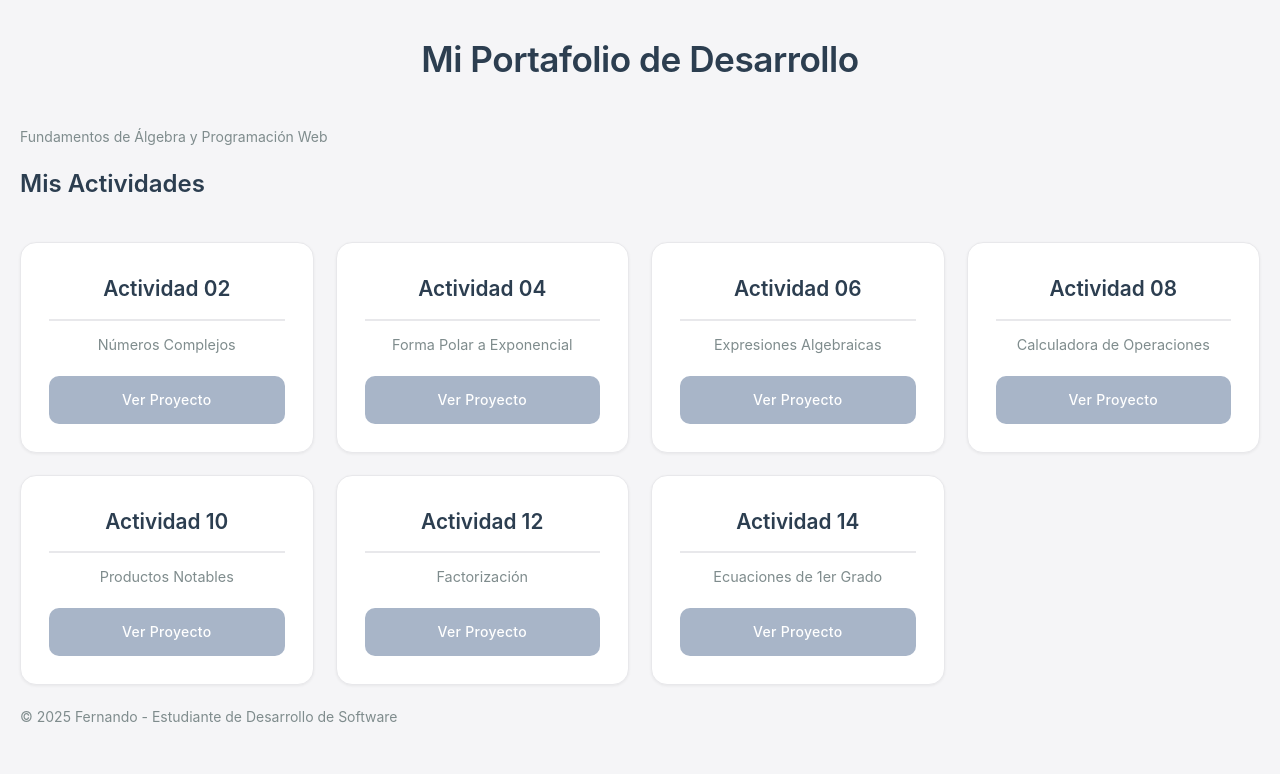
Repository: LeoTSW13/Actividad-19-Portafolio-de-Evidencias-de-Proyectos
Page: index.html
These files come from the project's save history. The page is drawn as it stood at one moment and after the next save; the edit follows.
The browser window is 1280 px wide. The pictures show the whole page.

Above is the page before, as saved 2025-11-28 07:08:09.

After the next save:
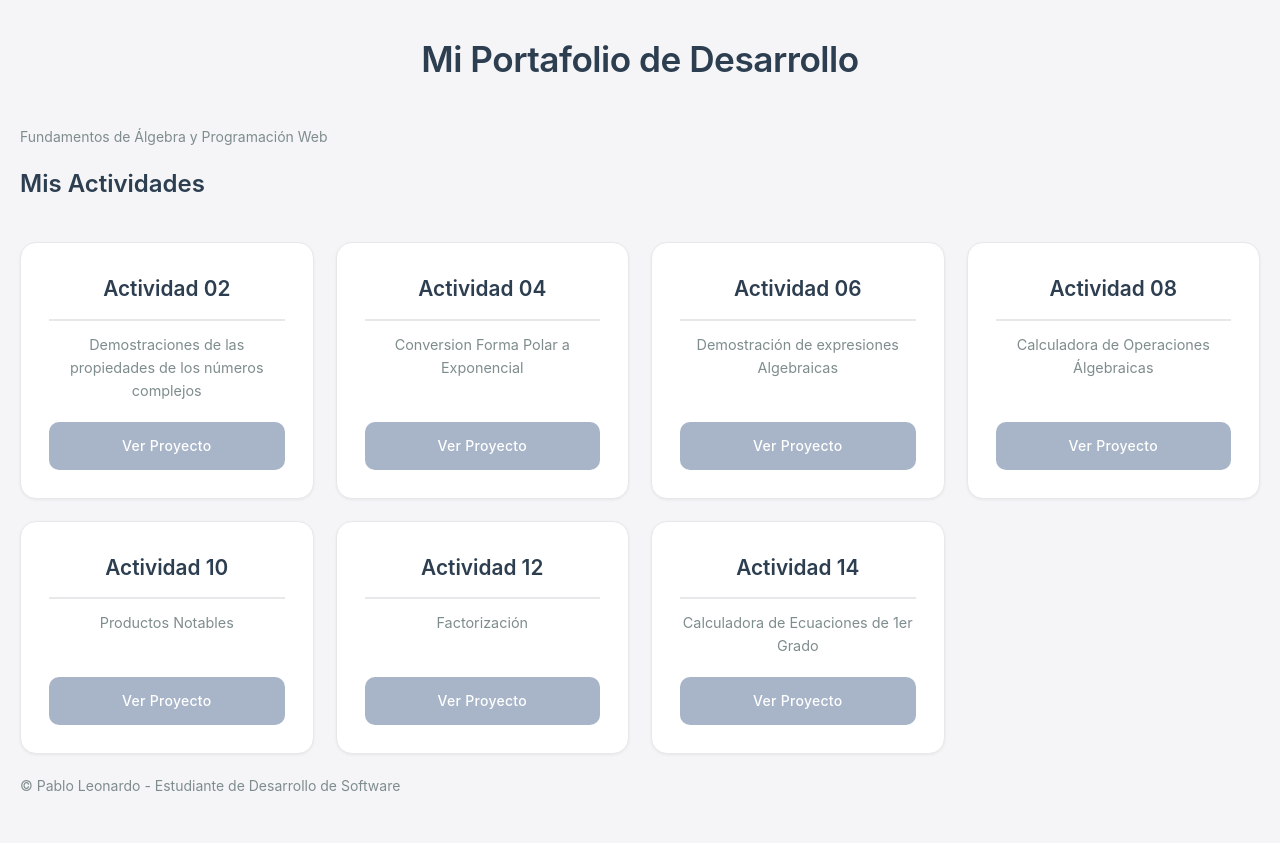
Saved 10 min 54 s later.
--- a/index.html
+++ b/index.html
@@ -3,7 +3,7 @@
 <head>
     <meta charset="UTF-8">
     <meta name="viewport" content="width=device-width, initial-scale=1.0">
-    <title>Portafolio de Proyectos - Fernando</title>
+    <title>Portafolio de Proyectos - Pablo Leonardo</title>
     <link rel="stylesheet" href="css/style.css">
 </head>
 <body>
@@ -20,25 +20,25 @@
 
             <div class="tarjeta">
                 <h3>Actividad 02</h3>
-                <p>Números Complejos</p>
+                <p>Demostraciones de las propiedades de los números complejos</p>
                 <a href="actividades/actividad02/index.html" class="boton">Ver Proyecto</a>
             </div>
 
             <div class="tarjeta">
                 <h3>Actividad 04</h3>
-                <p>Forma Polar a Exponencial</p>
+                <p>Conversion Forma Polar a Exponencial</p>
                 <a href="actividades/actividad04/index.html" class="boton">Ver Proyecto</a>
             </div>
 
             <div class="tarjeta">
                 <h3>Actividad 06</h3>
-                <p>Expresiones Algebraicas</p>
+                <p> Demostración de expresiones Algebraicas</p>
                 <a href="actividades/actividad06/index.html" class="boton">Ver Proyecto</a>
             </div>
 
             <div class="tarjeta">
                 <h3>Actividad 08</h3>
-                <p>Calculadora de Operaciones</p>
+                <p>Calculadora de Operaciones Álgebraicas</p>
                 <a href="actividades/actividad08/index.html" class="boton">Ver Proyecto</a>
             </div>
 
@@ -56,7 +56,7 @@
 
             <div class="tarjeta">
                 <h3>Actividad 14</h3>
-                <p>Ecuaciones de 1er Grado</p>
+                <p>Calculadora de Ecuaciones de 1er Grado</p>
                 <a href="actividades/actividad14/index.html" class="boton">Ver Proyecto</a>
             </div>
 
@@ -64,7 +64,7 @@
     </main>
 
     <footer>
-        <p>&copy; 2025 Fernando - Estudiante de Desarrollo de Software</p>
+        <p>&copy; Pablo Leonardo - Estudiante de Desarrollo de Software</p>
     </footer>
 
 </body>
